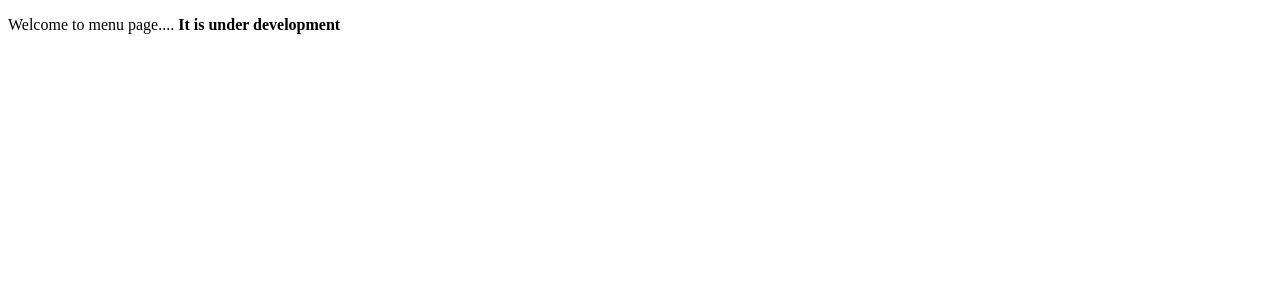
Repository: Guptaji153/Test002
Page: Day2/ServletDemos/src/main/webapp/menu.html
These files come from the project's save history. The page is drawn as it stood at one moment and after the next save; the edit follows.
The browser window is 1280 px wide. The pictures show the whole page.

Above is the page before, as saved 2025-04-30 09:01:51.

### Day2/ServletDemos/src/main/webapp/menu.html
<!DOCTYPE html>
<html>
<head>
<meta charset="ISO-8859-1">
<title>Insert title here</title>
</head>
<body>

<p> Welcome to menu page.... <b>It is under development</b>

</body>
</html>

After the next save:
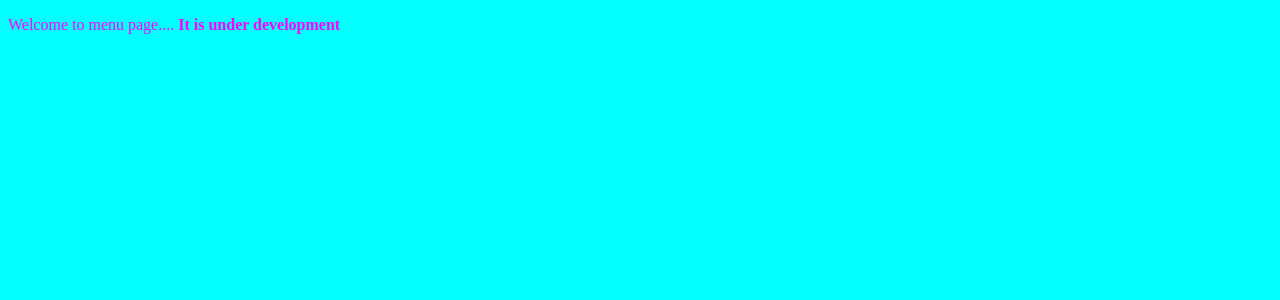
Saved 30 s later.
--- a/Day2/ServletDemos/src/main/webapp/menu.html
+++ b/Day2/ServletDemos/src/main/webapp/menu.html
@@ -4,7 +4,7 @@
 <meta charset="ISO-8859-1">
 <title>Insert title here</title>
 </head>
-<body>
+<body bgcolor="cyan" text="magenta">
 
 <p> Welcome to menu page.... <b>It is under development</b>
 
